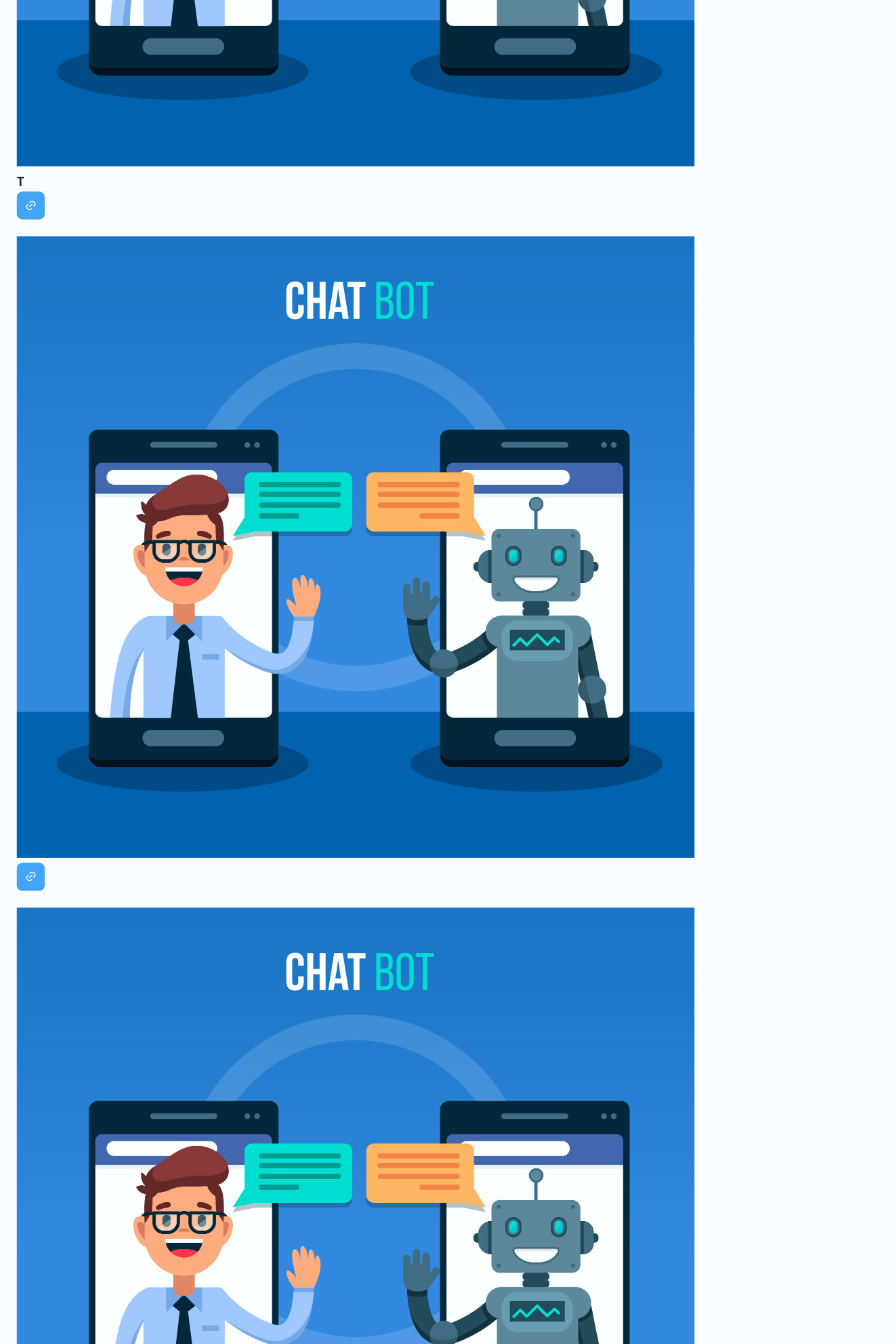
Repository: Kaii-Dev/Porfolio
Page: index.html
These files come from the project's save history. The page is drawn as it stood at one moment and after a run of saves; the edit follows.
The browser window is 1280 px wide. The pictures show the part of the page from y = 3172 to 5092 px (the page is 5403 px tall before and 5428 px after), at 70% of full size.
A picture or video elsewhere on the page could not be fetched, so the positions and the page height are approximate. Some web libraries are served in a nearby version.

Above is the page before, as saved 2022-04-12 16:24:19.

### index.html
<!DOCTYPE html>
<html lang="en">
  <head>
    <meta charset="UTF-8" />
    <meta http-equiv="X-UA-Compatible" content="IE=edge" />
    <meta name="viewport" content="width=device-width, initial-scale=1.0" />
    <title>Portfolio</title>
    <link
      href="https://cdn.jsdelivr.net/npm/remixicon@2.2.0/fonts/remixicon.css"
      rel="stylesheet"
    />
    <link rel="stylesheet" href="./Assets/css/app.css" />
  </head>
  <body>
    <!-- HEADER PROFILE -->
    <header class="profile container">
      <div class="profile__container grid">
        <div class="profile__data">
          <div class="profile__border">
            <div class="profile__perfil">
              <img src="./Assets/img/perfil.jpeg" alt="" />
            </div>
          </div>

          <h2 class="profile__name">Khai Le</h2>
          <h3 class="profile__profession">Front-End Developer</h3>
          <ul class="profile__social">
            <a
              href="https://www.linkedin.com/in/le-khai-68b2921b0/"
              target="_blank"
              class="profile__social-link"
            >
              <i class="ri-linkedin-box-line"></i>
            </a>
            <a
              href="https://www.facebook.com/lkakaizy"
              target="_blank"
              class="profile__social-link"
            >
              <i class="ri-facebook-circle-line"></i>
            </a>
            <a
              href="https://github.com/Kaii-Dev"
              target="_blank"
              class="profile__social-link"
            >
              <i class="ri-github-line"></i>
            </a>
          </ul>
        </div>
        <div class="profile__info grid">
          <div class="profile__info group">
            <h3 class="profile__info-number">2</h3>
            <p class="profile__info-description">
              Language <br />
              certification
            </p>
          </div>
          <div class="profile__info group">
            <h3 class="profile__info-number">+10</h3>
            <p class="profile__info-description">
              Completed <br />
              projects
            </p>
          </div>
          <div class="profile__info group">
            <h3 class="profile__info-number">1</h3>
            <p class="profile__info-description">
              University's <br />
              scholarship
            </p>
          </div>
        </div>

        <div class="profile__buttons">
          <!-- insert cv -->
          <a download="" href="./Assets/pdf/" class="button">
            Download CV <i class="ri-download-line"></i>
          </a>

          <div class="profile__buttons-small">
            <!-- insert phone number -->
            <a
              href="tel: 0842454228"
              target="_blank"
              class="button button__small button__gray"
            >
              <i class="ri-phone-line"></i>
            </a>
            <a
              href="https://m.me/lkakaizy"
              target="_blank"
              class="button button__small button__gray"
            >
              <i class="ri-messenger-line"></i>
            </a>
          </div>
        </div>
      </div>
    </header>
    <!-- MAIN -->
    <main class="main">
      <section class="filters container">
        <!-- FILTERS TABS -->
        <ul class="filters__contents">
          <button class="filters__button" data-target="#projects">
            Projects
          </button>
          <button class="filters__button" data-target="#skills">Skills</button>
        </ul>
        <div class="filters__sections">
          <!-- PROJECTS -->
          <div class="projects__content grid" data-content id="projects">
             <article>
               <img src="./Assets/img/pic1.jpeg" alt="" class="projects__img" />
               <div class="projects__modal">
                 <div class="">
                   <span class="projects__subtitle">Web</span>
                   <h3 class="projects__title">
                      Music Player</h3>
                   <a href="https://kaii-dev.github.io/Music-player/" class="projects__button button button__small">
                     <i class="ri-link"></i>
                   </a>
                 </div>
               </div>
             </article>

             <article>
               <img src="./Assets/img/pic1.jpeg" alt="" class="projects__img" />
               <div class="projects__modal">
                 <div class="">
                   <span class="projects__subtitle">Web</span>
                   <h3 class="projects__title">Covid ChatBot</h3>
                   <a href="" class="projects__button button button__small">
                     <i class="ri-link"></i>
                   </a>
                 </div>
               </div>
             </article>
            <article>
              <img src="./Assets/img/pic1.jpeg" alt="" class="projects__img" />
              <div class="projects__modal">
                <div class="">
                  <span class="projects__subtitle"></span>
                  <h3 class="projects__title">T</h3>
                  <a href="" class="projects__button button button__small">
                    <i class="ri-link"></i>
                  </a>
                </div>
              </div>
            </article>

            <article>
              <img src="./Assets/img/pic1.jpeg" alt="" class="projects__img" />
              <div class="projects__modal">
                <div class="">
                  <span class="projects__subtitle"></span>
                  <h3 class="projects__title"></h3>
                  <a href="" class="projects__button button button__small">
                    <i class="ri-link"></i>
                  </a>
                </div>
              </div>
            </article>

            <article>
              <img src="./Assets/img/pic1.jpeg" alt="" class="projects__img" />
              <div class="projects__modal">
                <div class="">
                  <span class="projects__subtitle"></span>
                  <h3 class="projects__title"></h3>
                  <a href="" class="projects__button button button__small">
                    <i class="ri-link"></i>
                  </a>
                </div>
              </div>
            </article>

          </div>
          <!-- SKILLS -->
          <div class="skills__content grid" data-content id="skills"></div>
        </div>
      </section>
    </main>
    <!-- FOOTER -->
    <footer class="footer container"></footer>
    <!-- SCROLL REVEAL -->
    <script src="./Assets/js/app.js"></script>
  </body>
</html>

### Assets/css/app.css
/* GOOGLE FONT */
@import url("https://fonts.googleapis.com/css2?family=Poppins:wght@400;500;600&display=swap");
/* VAR CSS */
:root {
  --hue: 207;
  --sat: 90%;
  --lig: 61%;

  --first-color: hsl(var(--hue), var(--sat), var(--lig));
  --first-color-alt: hsl(var(--hue), var(--sat), 57%);
  --title-color: hsl(var(--hue), 12%, 15%);
  --text-color: hsl(var(--hue), 12%, 45%);
  --text-color-light: hsl(var(--hue), 8%, 75%);
  --text-color-lighten: hsl(var(--hue), 8%, 92%);
  --body-color: hsl(var(--hue), 100%, 99%);
  --container-color: #fff;
  /* font and typography */
  --body-font: "Poppins", sans-serif;
  --h2-font-size: 1.25rem;
  --h3-font-size: 1rem;
  --normal-font-size: 0.938rem;
  --small-font-size: 0.813rem;
  --smaller-font-size: 0.75rem;
}

/* responsive  */
@media screen and (min-width: 986px) {
  :root {
    --h2-font-size: 1.5rem;
    --h3-font-size: 1.25rem;
    --normal-font-size: 1rem;
    --small-font-size: 0.875rem;
    --smaller-font-size: 0.813rem;
  }
}
/*  CSS */
*,
*::before,
*::after {
  box-sizing: border-box;
}
* {
  margin: 0;
}

* {
  box-sizing: border-box;
  padding: 0;
  margin: 0;
}

body {
  font-family: var(--body-font);
  font-size: var(--normal-font-size);
  background-color: var(--body-color);
  color: var(--text-color);
  transition: 0.3s; /* For animation dark mode */
}

h1,
h2,
h3 {
  color: var(--title-color);
  font-weight: 600;
}

ul {
  list-style: none;
}

a {
  text-decoration: none;
}

img {
  max-width: 100%;
  height: auto;
}

/* REUSEBALE CSS */

.container {
  max-width: 968px;
  margin-left: 1.5rem;
  margin-right: 1.5rem;
}
.grid {
  display: grid;
  gap: 1.5rem;
}

/* PROFILE */
.profile {
  position: relative;
  padding-top: 3.5rem;
}

.profile__container {
  row-gap: 2rem;
}

.profile__data {
  display: grid;
  text-align: center;
}

.profile__perfil {
  width: 100px;
  height: 100px;
  background: linear-gradient(
    180deg,
    hsla(var(--hue), var(--sat), var(--lig), 1) 0%,
    hsla(var(--hue), var(--sat), var(--lig), 0.2) 100%
  );
  border-radius: 50%;
  overflow: hidden;
  display: flex;
  align-items: flex-end;
  justify-content: center;
}

.profile__perfil img {
  width: 75px;
}

.profile__border {
  border: 3.5px solid var(--first-color);
  justify-self: center;
  border-radius: 50%;
  display: grid;
  place-items: center;
  margin-bottom: 0.75rem;
}

.profile__name {
  font-size: var(--h2-font-size);
}
.profile__profession {
  font-size: var(--smaller-font-size);
  font-weight: 500;
  color: var(--text-color);
  margin-bottom: 1rem;
}

.profile__social {
  display: flex;
  justify-content: center;
  column-gap: 0.75rem;
  padding: 0 0 0 0px;
}

.profile__social-link {
  font-size: 1.25rem;
  color: var(--title-color);
  transition: 0.3s;
}
.profile__social-link:hover {
  color: var(--first-color);
}

.profile__info {
  grid-template-columns: repeat(3, max-content);
  justify-content: center;
  column-gap: 2.5rem;
}

.profile__info-group {
  font-size: var(--normal-font-size);
  margin-bottom: 0.25rem;
}

.profile__info-description {
  font-size: var(--smaller-font-size);
  font-weight: 500;
}
.profile__buttons,
.profile__buttons-small {
  display: flex;
  align-items: center;
  justify-content: center;
}

.profile__buttons {
  column-gap: 1rem;
}
.profile__buttons-small {
  column-gap: 0.25rem;
}
/* BUTTONS */

.button {
  display: inline-flex;
  align-items: center;
  column-gap: 0.5rem;
  background-color: var(--first-color);
  color: #fff;
  padding: 1.15rem 1.5rem;
  border-radius: 0.5rem;
  transition: 0.3s;
  box-shadow: 0 8px 24px hsla(var(--hue), var(--sat), var(--lig), 0.25);
}

.button:hover {
  background-color: var(--first-color-alt);
}

.button__small {
  padding: 0.75rem;
  box-shadow: none;
}

.button__gray {
  background-color: var(--text-color-lighten);
  color: var(--title-color);
}

.button__gray:hover {
  background-color: var(--text-color-ligh);
  color: var(--title-color);
}

Loaded but not shown: Assets/js/app.js (no copy from this time; the picture is the same without it)

After the next 3 saves:
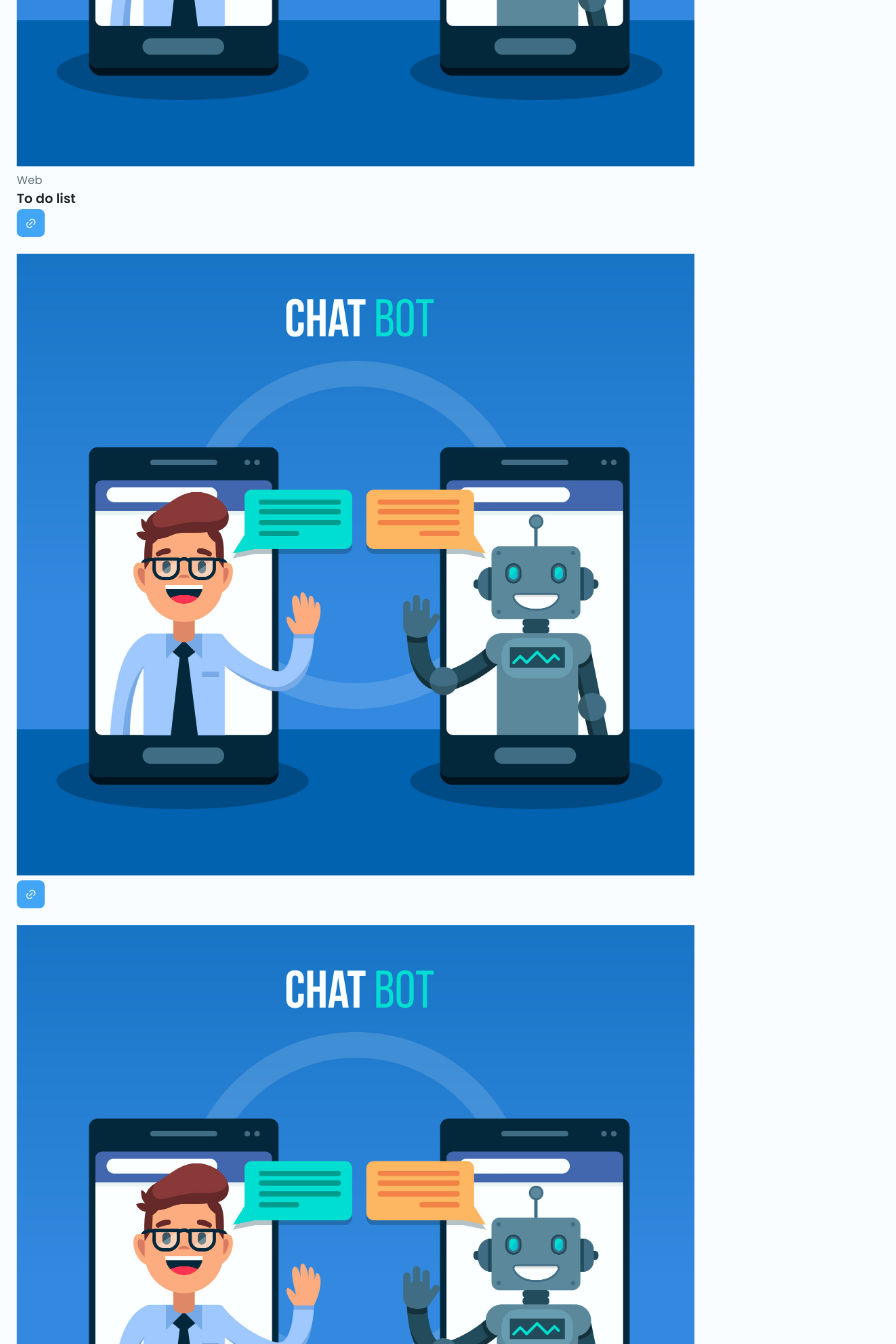
The 3 saves are shown as one change because they came seconds apart.
The last was saved 9 s later.
--- a/index.html
+++ b/index.html
@@ -141,8 +141,8 @@
               <img src="./Assets/img/pic1.jpeg" alt="" class="projects__img" />
               <div class="projects__modal">
                 <div class="">
-                  <span class="projects__subtitle"></span>
-                  <h3 class="projects__title">T</h3>
+                  <span class="projects__subtitle">Web</span>
+                  <h3 class="projects__title">To do list</h3>
                   <a href="" class="projects__button button button__small">
                     <i class="ri-link"></i>
                   </a>
